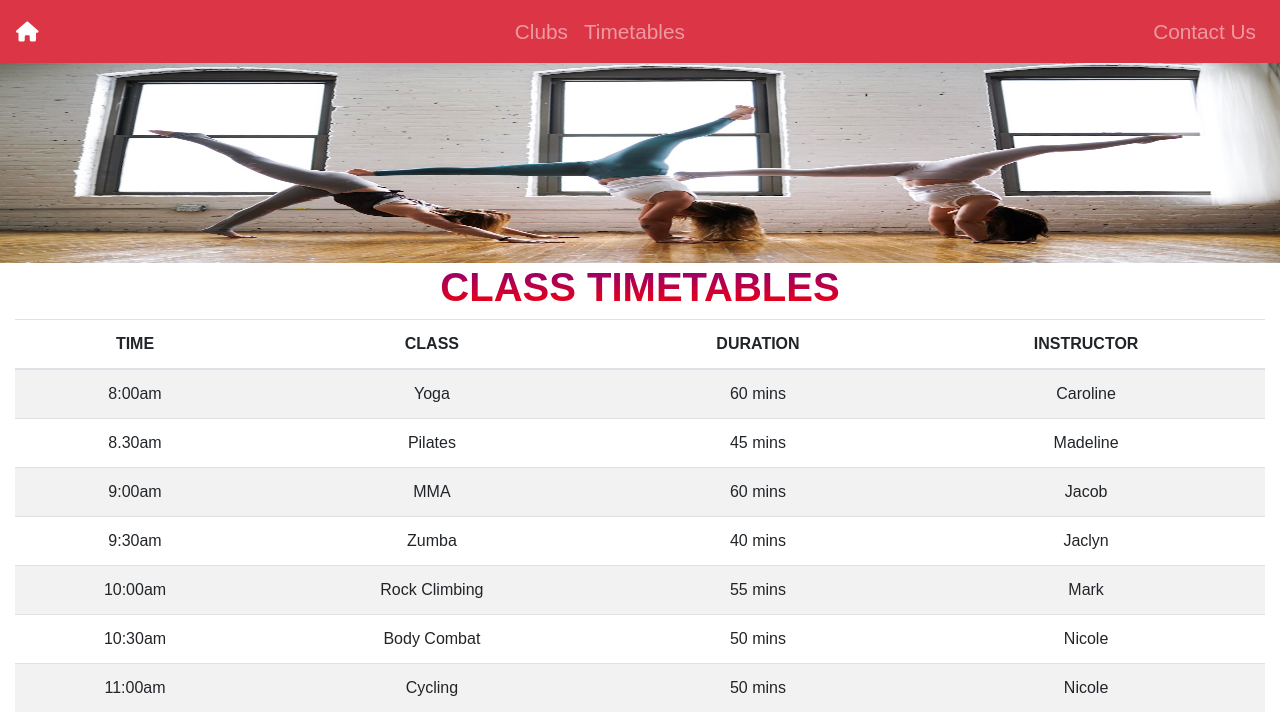
Repository: KJY93/User_Centric_Frontend_Development_Project
Page: timetables.html
The author's editor kept a record of every edit. The page is drawn from the files as they stood at one moment, then again after the next edit.
The browser window is 1280 px wide. The pictures show the whole page.
Some web fonts or font styles are not loaded; a fallback is used. Some web libraries are served in a nearby version.

Above is the page before.

After the next edit:
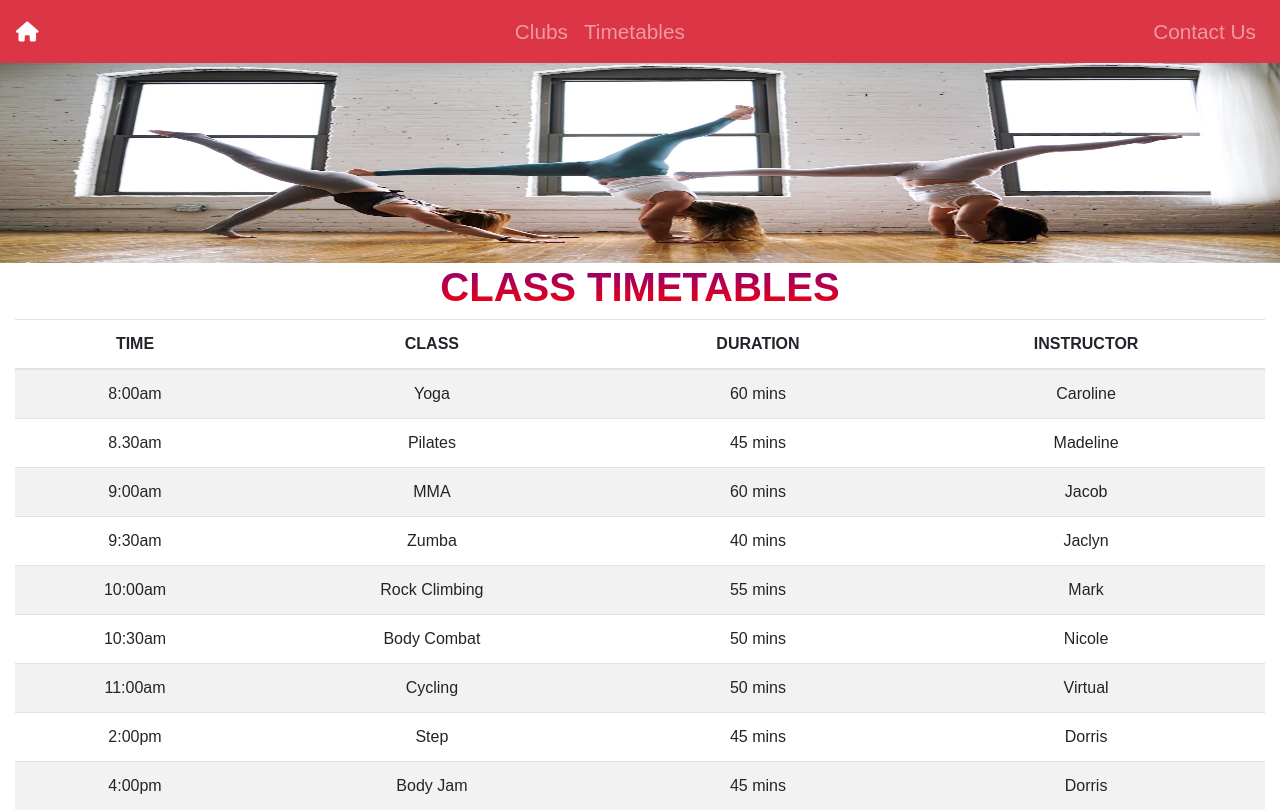
The edit:
--- a/timetables.html
+++ b/timetables.html
@@ -113,7 +113,19 @@
                             <td>11:00am</td>
                             <td>Cycling</td>
                             <td>50 mins</td>
-                            <td>Nicole</td>
+                            <td>Virtual</td>
+                        </tr>
+                        <tr>
+                            <td>2:00pm</td>
+                            <td>Step</td>
+                            <td>45 mins</td>
+                            <td>Dorris</td>
+                        </tr>
+                        <tr>
+                            <td>4:00pm</td>
+                            <td>Body Jam</td>
+                            <td>45 mins</td>
+                            <td>Dorris</td>
                         </tr>
                     </tbody>
                 </table>
